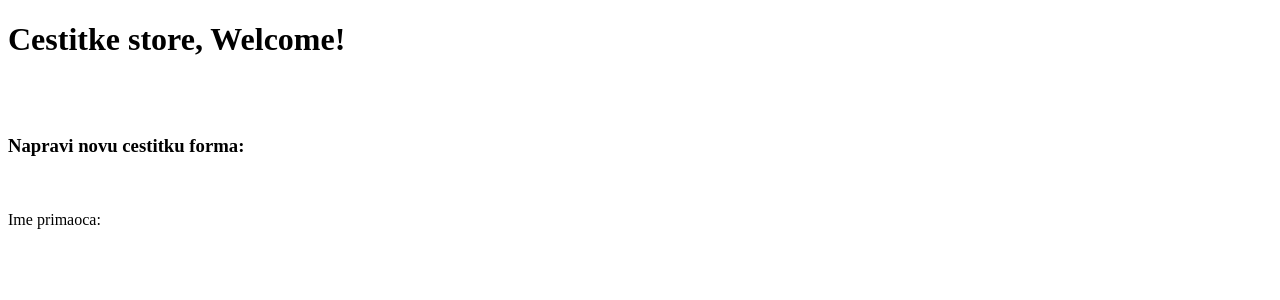
Repository: ObradovicNikola/pmf-rzk-part2
Page: http://localhost/CestitkeWEB/
These files come from the project's save history. The page is drawn as it stood at one moment and after the next save; the edit follows.
The browser window is 1280 px wide. The pictures show the whole page.
The page is served by Tomcat 9.

Above is the page before, as saved 2022-12-06 18:36:49.

After the next save:
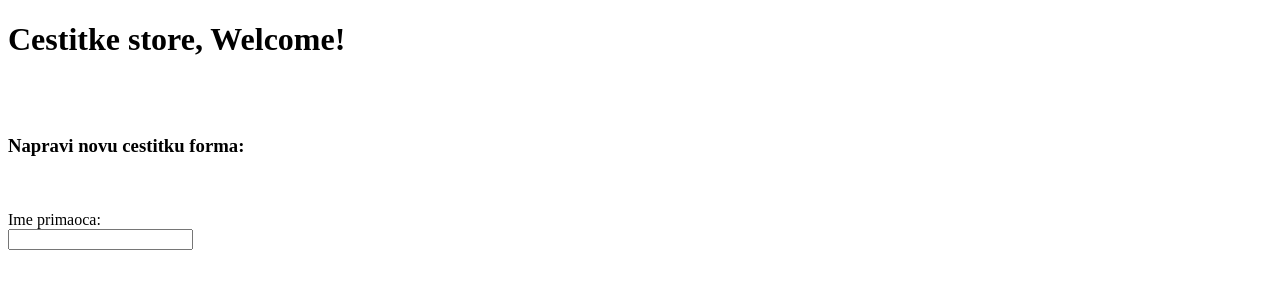
Saved 15 s later.
--- a/CestitkeWEB/src/main/webapp/index.jsp
+++ b/CestitkeWEB/src/main/webapp/index.jsp
@@ -17,6 +17,8 @@
 	<form action="CestitkeServlet">
 		<label>Ime primaoca:</label>
 		<br />
+		<input type="text" name="to" />
+		<br />
 	</form>
 </body>
 </html>
